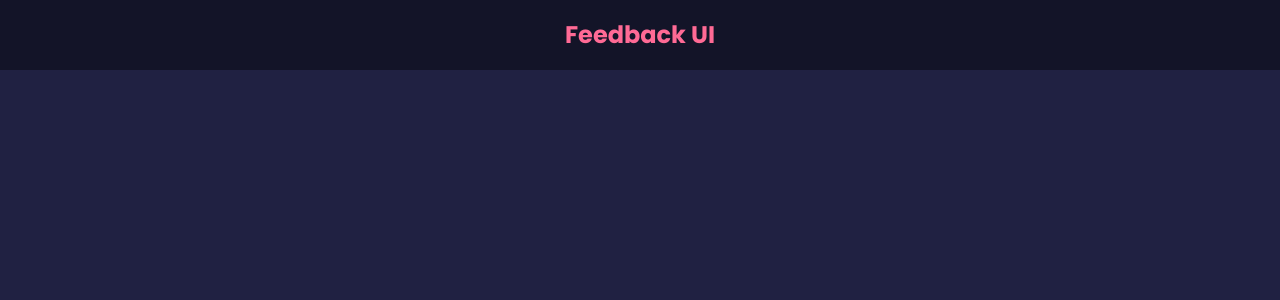
Repository: bayorwor/feedbackapp
Page: /
An editor plug-in stored every save of this project. The page is shown before and after the next save, followed by the edit.
The browser window is 1280 px wide. The pictures show the whole page.
The project was rebuilt for these pictures with package versions that can differ from the ones it lists, and the page was loaded fresh each time.

Above is the page before, as saved 2022-01-30 12:07:36.

### public/index.html
<!DOCTYPE html>
<html lang="en">
  <head>
    <meta charset="utf-8" />
    <link rel="icon" href="%PUBLIC_URL%/favicon.ico" />
    <meta name="viewport" content="width=device-width, initial-scale=1" />
    <meta name="theme-color" content="#000000" />
    <meta
      name="description"
      content="Web site created using create-react-app"
    />
    <link rel="apple-touch-icon" href="%PUBLIC_URL%/logo192.png" />
    <link rel="manifest" href="%PUBLIC_URL%/manifest.json" />
    <title>feedback app</title>
  </head>
  <body>
    <noscript>You need to enable JavaScript to run this app.</noscript>
    <div id="root"></div>
  </body>
</html>

### src/App.js
import React from "react";
import Header from "./components/Header";

const App = () => {
  return (
    <>
      <Header />
    </>
  );
};

export default App;

### src/components/Header.jsx
import React from "react";
import PropTypes from "prop-types";

const Header = ({ text, bgColor, textColor }) => {
  const headerStyle = {
    backgroundColor: bgColor,
    color: textColor,
  };

  return (
    <header style={headerStyle}>
      <div className="container">
        <h2>{text}</h2>
      </div>
    </header>
  );
};

Header.defaultProps = {
  text: "Feedback UI",
  bgColor: "rgba(0, 0, 0, 0.4)",
  textColor: "#ff6a95",
};

Header.propTypes = {
  text: PropTypes.string,
  bgColor: PropTypes.string,
  textColor: PropTypes.string,
};

export default Header;

Loaded but not shown: src/index.js (common file); src/index.css (common file)

After the next save:
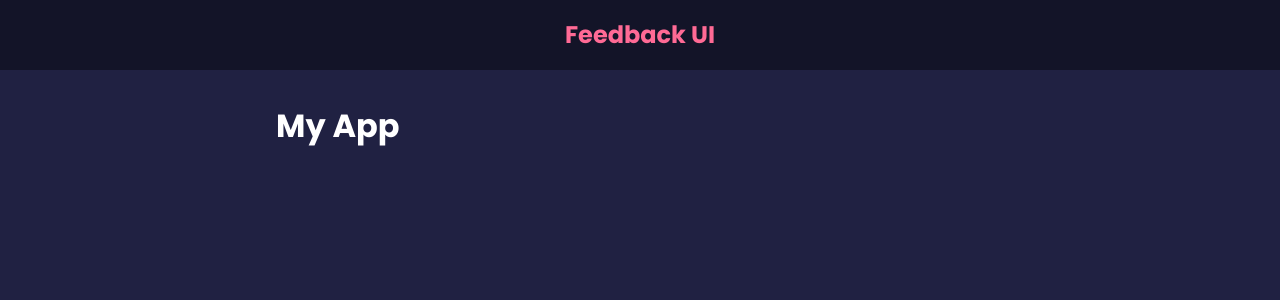
Saved 108 s later.
--- a/src/App.js
+++ b/src/App.js
@@ -5,6 +5,9 @@
   return (
     <>
       <Header />
+      <div className="container">
+        <h1>My App</h1>
+      </div>
     </>
   );
 };
